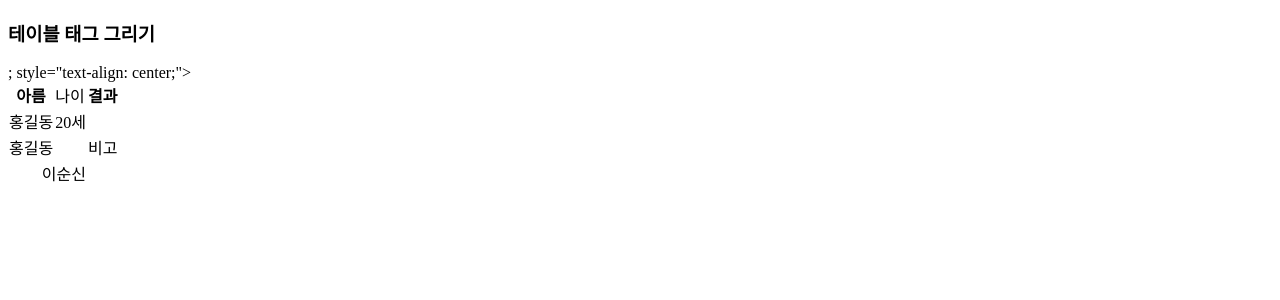
Repository: YeonHaw/jsp
Page: JSPBasic/src/main/webapp/HTML/Index03.html
The author's editor kept a copy of each file at every save. The page is drawn from the files as they stood at one save, then again after the next save.
The browser window is 1280 px wide. The pictures show the whole page.

Above is the page before, as saved 2023-12-27 05:42:20.

After the next save:
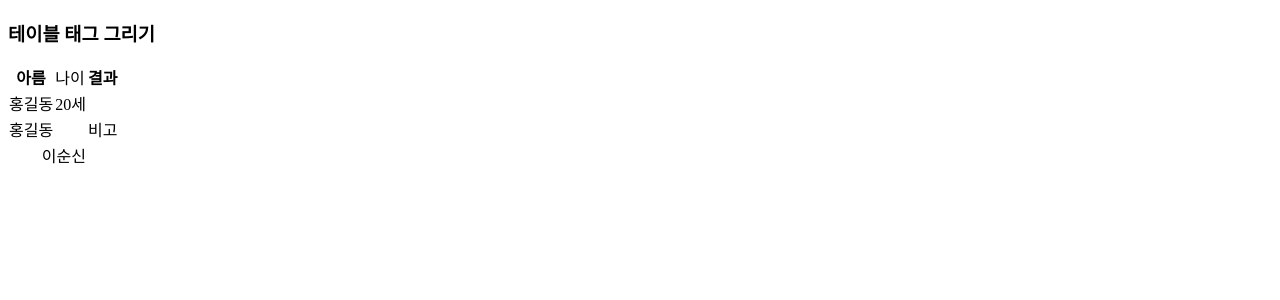
Saved 105 s later.
--- a/JSPBasic/src/main/webapp/HTML/Index03.html
+++ b/JSPBasic/src/main/webapp/HTML/Index03.html
@@ -8,7 +8,7 @@
 
 	<h3>테이블 태그 그리기</h3>
 
-	<table style="border-collapse: collapse;">; style="text-align: center;">
+	<table style="border-collapse: collapse" style="text-align: center;">
 		<tr>
 			<th>아름</th>
 			<td>나이</td>
